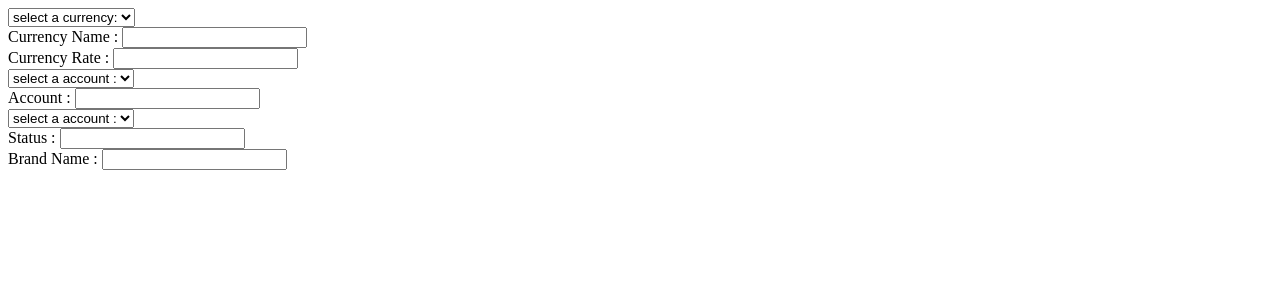
Repository: cheukyin21hk/DudeClothingConsole
Page: http://localhost/DudeClothing/WEB-INF/views/basicInfo.jsp
These files come from the project's save history. The page is drawn as it stood at one moment and after a run of saves; the edit follows.
The browser window is 1280 px wide. The pictures show the whole page.
The page is served by Tomcat 9. Nobody is signed in. Other server files are loaded and not shown. The template is opened directly, without the code that normally fills it, so the values that code supplies are empty.

Above is the page before, as saved 2015-05-22 10:45:24.

### DudeClothing/src/main/webapp/WEB-INF/views/basicInfo.jsp
<%@ page language="java" contentType="text/html; charset=UTF-8"
	pageEncoding="UTF-8"%>
<!DOCTYPE html PUBLIC "-//W3C//DTD HTML 4.01 Transitional//EN" "http://www.w3.org/TR/html4/loose.dtd">
<html>
<head>
<meta http-equiv="Content-Type" content="text/html; charset=UTF-8">
<title>Dude Clothing -</title>

</head>
<body>

	<div class="legend1" id="currencyForm">

		<select>
			<option>select a currency:</option>
		</select><br /> Currency Name : <input type="text"><br /> Currency
		Rate : <input type="text">
	</div>

	<div class="legend1" id="accountForm">
		<select>
			<option>select a account :</option>
		</select><br /> Account : <input type="text"><br />
	</div>

	<div class="legend1" id="statusForm">
		<select>
			<option>select a account :</option>
		</select><br />
		Status : <input type="text"><br />
	</div>

	<div class="legend1" id="brandForm">
		Brand Name : <input type="text"><br />
	</div>
</body>
</html>

After the next 2 saves:
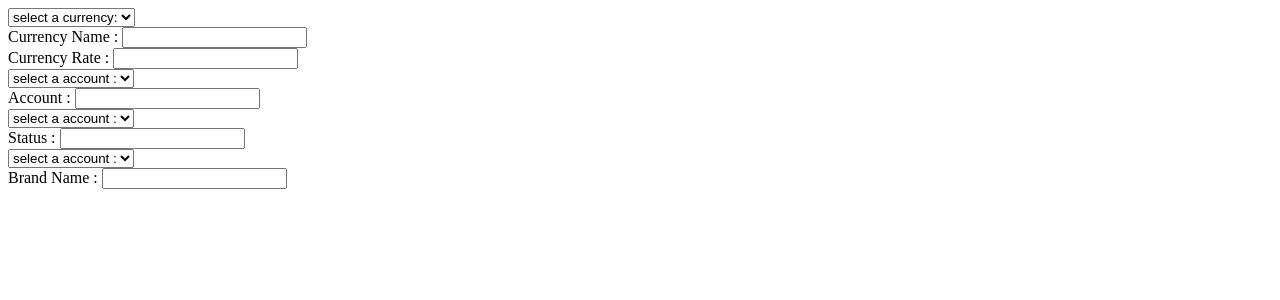
The 2 saves are shown as one change because they came seconds apart.
The last was saved 21 s later.
--- a/DudeClothing/src/main/webapp/WEB-INF/views/basicInfo.jsp
+++ b/DudeClothing/src/main/webapp/WEB-INF/views/basicInfo.jsp
@@ -26,12 +26,13 @@
 	<div class="legend1" id="statusForm">
 		<select>
 			<option>select a account :</option>
-		</select><br />
-		Status : <input type="text"><br />
+		</select><br /> Status : <input type="text"><br />
 	</div>
 
 	<div class="legend1" id="brandForm">
-		Brand Name : <input type="text"><br />
+		<select>
+			<option>select a account :</option>
+		</select><br /> Brand Name : <input type="text"><br />
 	</div>
 </body>
 </html>
